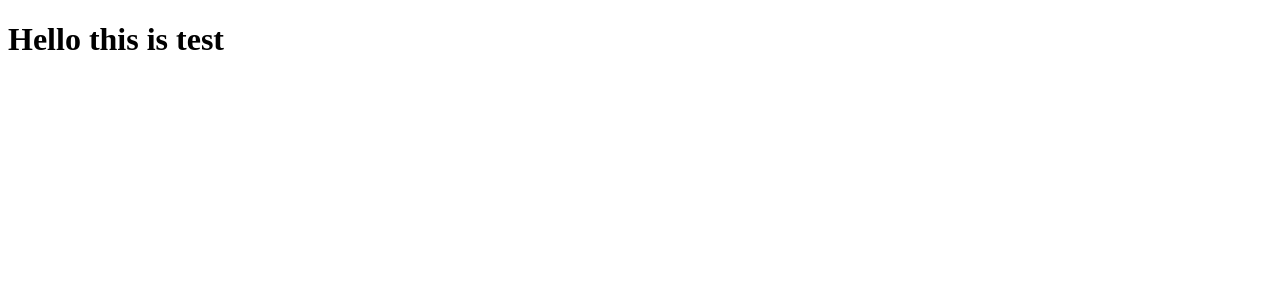
Repository: moatazbenma/fullstack-projects
Page: http://localhost/
These files come from the project's save history. The page is drawn as it stood at one moment and after a run of saves; the edit follows.
The browser window is 1280 px wide. The pictures show the whole page.
The page is served by the project's application, run on Django 5.2 (django-commerce/manage.py).

Above is the page before, as saved 2025-06-10 08:23:46.

After the next 2 saves:
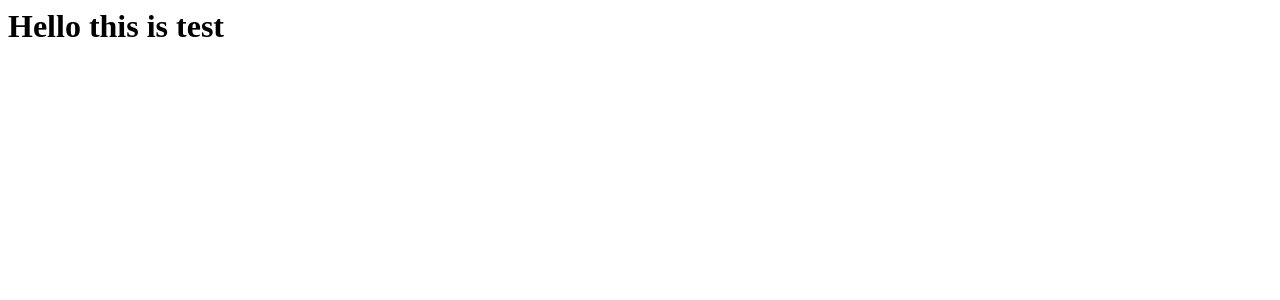
The 2 saves are shown as one change because they came seconds apart.
The last was saved 55 s later.
--- a/django-commerce/store/templates/store/base.html
+++ b/django-commerce/store/templates/store/base.html
@@ -1,4 +1,3 @@
-<!DOCTYPE html>
 <html lang="en">
 <head>
     <meta charset="UTF-8">
@@ -8,10 +7,8 @@
 <body>
     <h1>Hello this is test</h1>
 
-    {% block content %}
-
-    {% endblock content %}
-
+    <div class="container">
+        {% block content %}{% endblock %}
 
 </body>
 </html>
